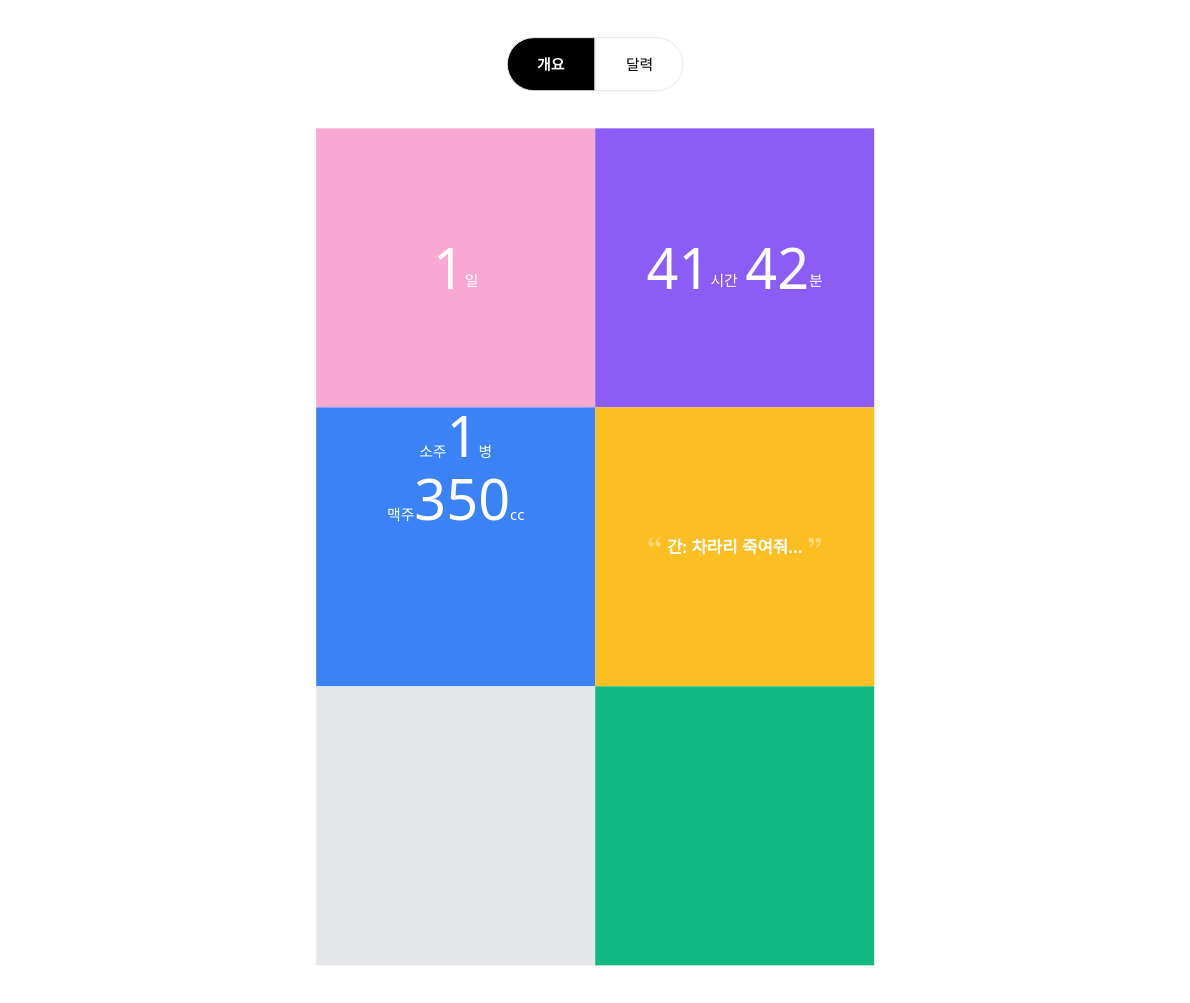
Repository: honey-punch/my-alcohol
Page: /
An editor plug-in stored every save of this project. The page is shown before and after the next save, followed by the edit.
The browser window is 1280 px wide. The pictures show the whole page, at 93% of full size.
The project was rebuilt for these pictures with package versions that can differ from the ones it lists, and the page was loaded fresh each time. The framework's server and built-in components were replaced by stand-ins that run in the browser. Also part of the build but not shown: next.config.ts, src/app/_component/Calendar.tsx.

Above is the page before, as saved 2025-02-10 16:22:08.

After the next save:
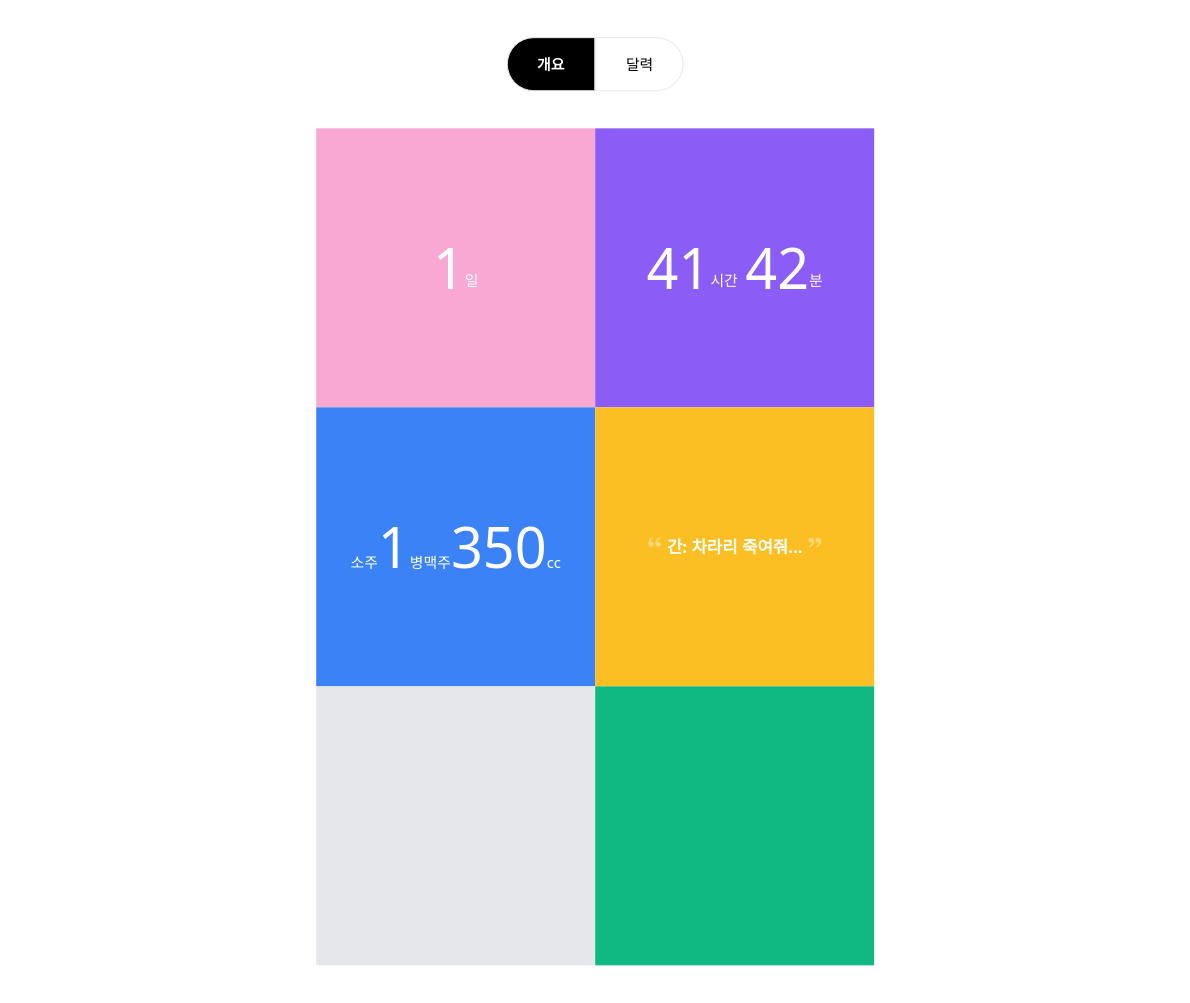
Saved 5 s later.
--- a/src/app/_component/Summary.tsx
+++ b/src/app/_component/Summary.tsx
@@ -63,7 +63,7 @@ export default function Summary() {
       {/* 3번 박스 - 평균 주량 */}
       <div
         style={{ width: `${BOX_SIZE}px`, height: BOX_SIZE }}
-        className="bg-blue-500 text-white flex justify-start items-center flex-col gap-2"
+        className="bg-blue-500 text-white flex justify-center items-center"
       >
         <div>
           <span>소주</span>
